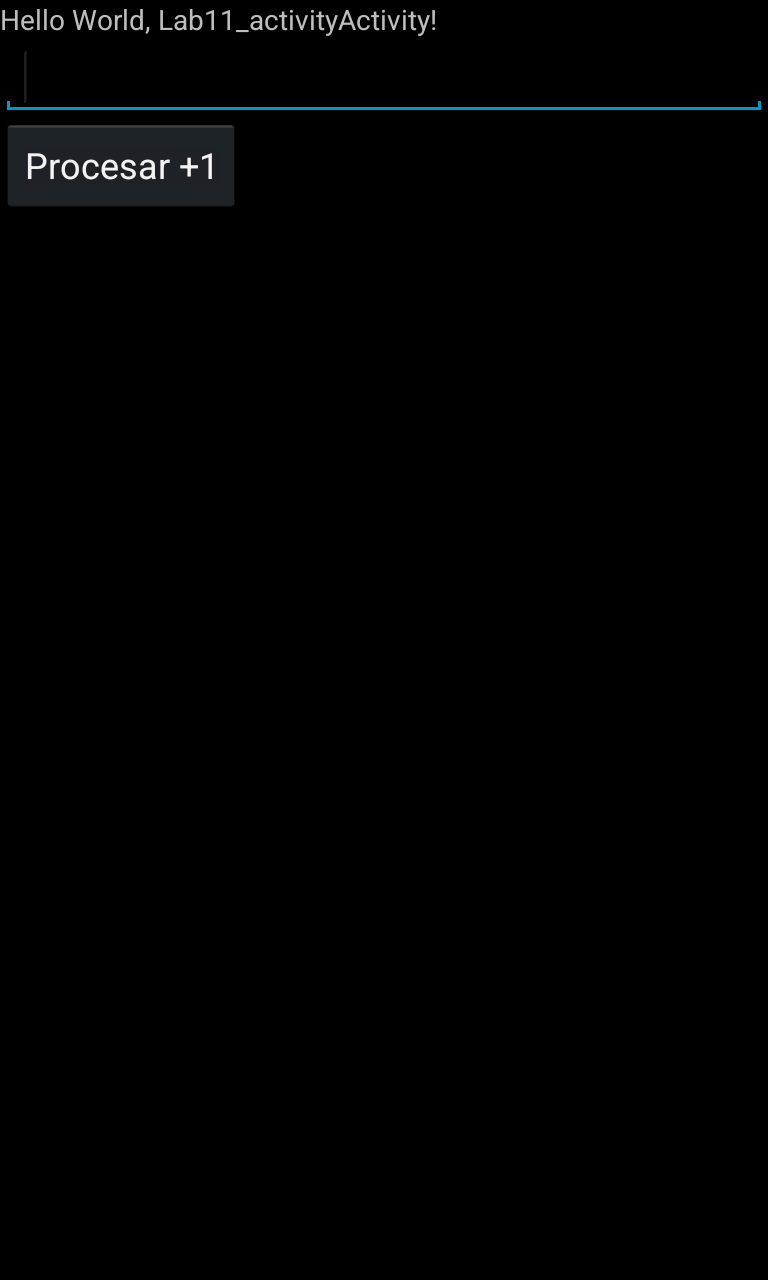
Repository: dorisserruto/un_exercises
Layout: javaandroid/Recursos/workspace-profe/lab11_activity/res/layout/main.xml
The author's editor kept a copy of each file at every save. The layout is drawn from the files as they stood at one save, then again after a run of saves.
It is drawn on a 768 x 1280 px phone screen (xhdpi) without system bars, with theme android:Theme.Holo; the app's code is not run.

Above is the layout before, as saved 2012-06-24 00:00:30.

After the next 2 saves:
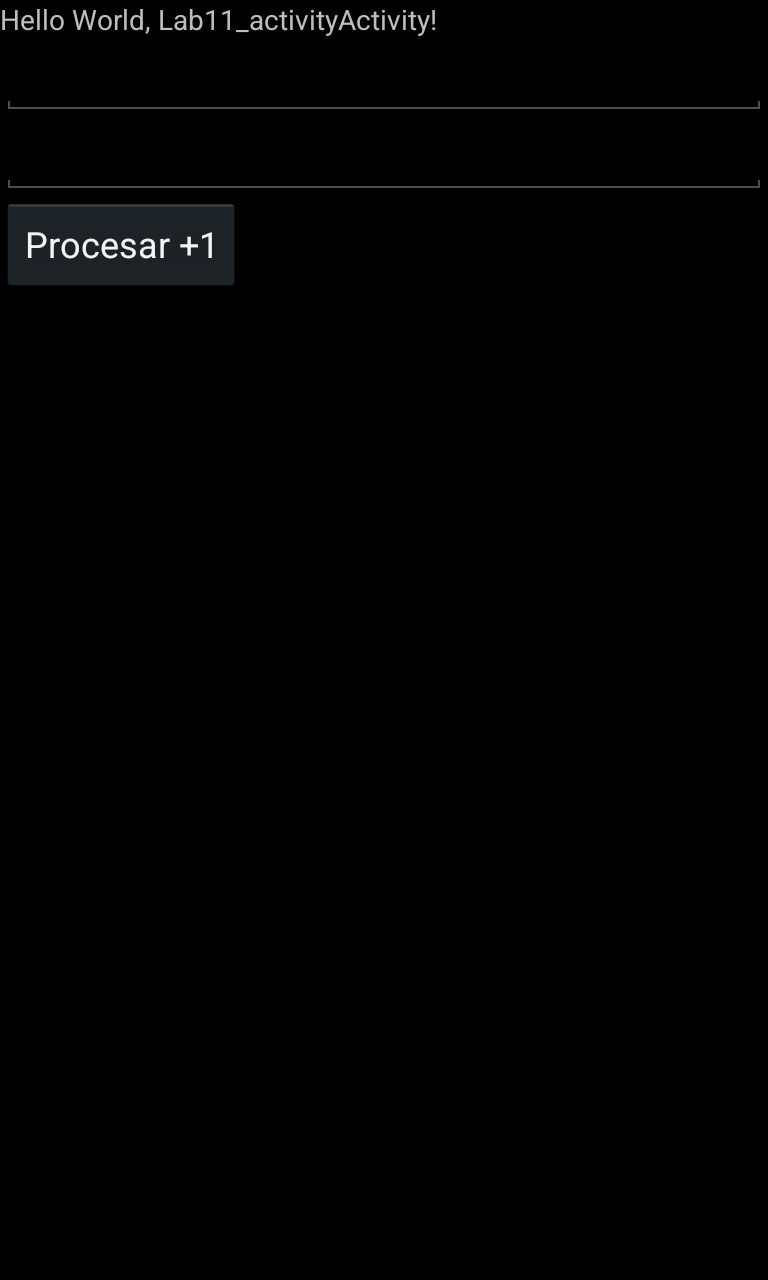
The 2 saves are shown as one change because 1 did not build or start.
The last was saved 12 min 33 s later.
--- a/javaandroid/Recursos/workspace-profe/lab11_activity/res/layout/main.xml
+++ b/javaandroid/Recursos/workspace-profe/lab11_activity/res/layout/main.xml
@@ -14,9 +14,16 @@
         android:id="@+id/edtParametro1"
         android:layout_width="match_parent"
         android:layout_height="wrap_content"
-        android:ems="10" >
-        <requestFocus />
+        android:ems="10"
+        android:inputType="number">
     </EditText>
+
+    <EditText
+        android:id="@+id/edtParametro2"
+        android:layout_width="match_parent"
+        android:layout_height="wrap_content"
+        android:ems="10"
+        android:inputType="number" />
 
     <Button
         android:id="@+id/btnProcesar"
